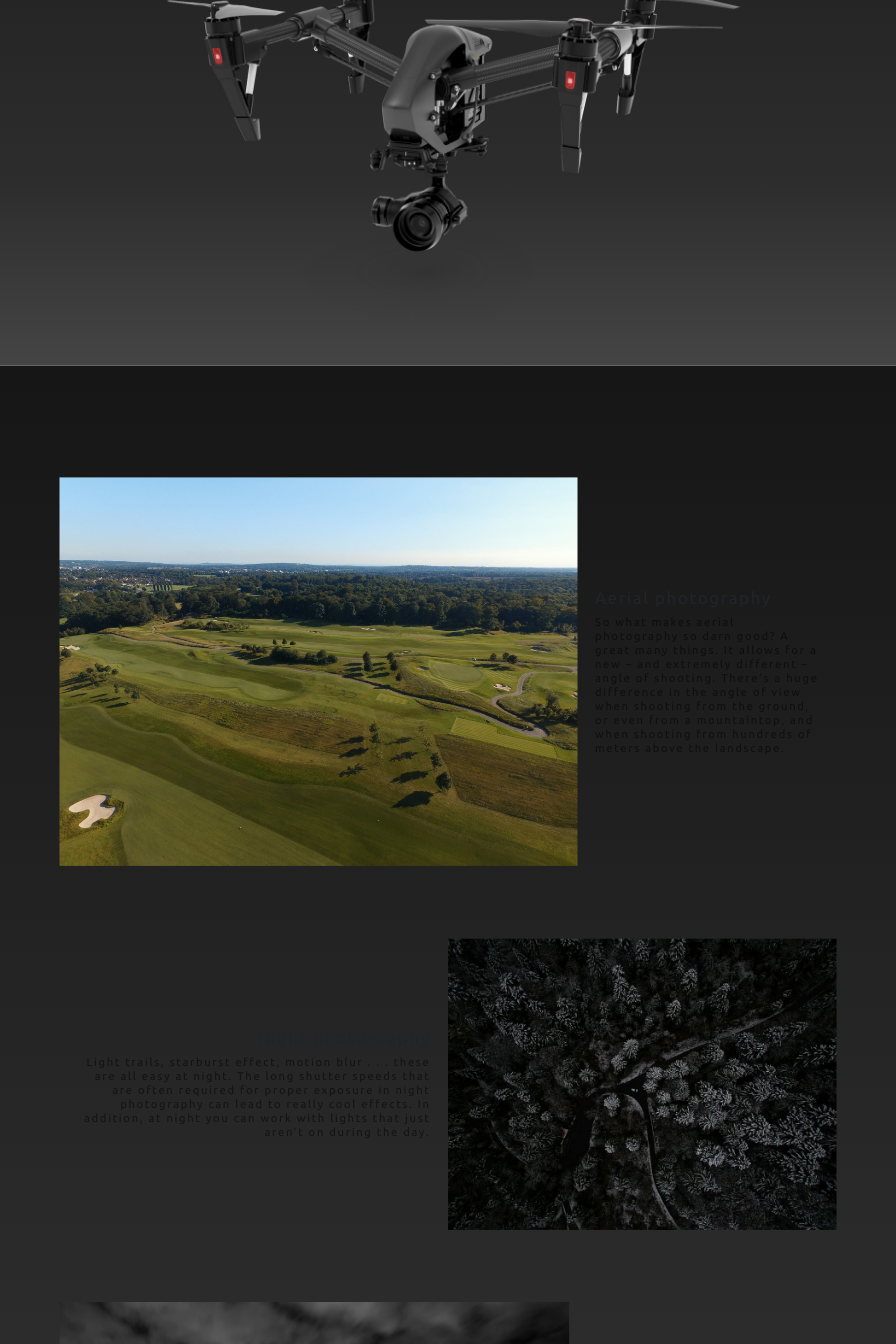
Repository: geoeskel/UCFD-Milestone-Project
Page: index.html
The author's editor kept a record of every edit. The page is drawn from the files as they stood at one moment, then again after the next edit.
The browser window is 1280 px wide. The pictures show the part of the page from y = 1240 to 3160 px (the page is 4303 px tall), at 70% of full size.
A picture or video elsewhere on the page could not be fetched, so the positions and the page height are approximate. Some web libraries are served in a nearby version.

Above is the page before.

After the next edit:
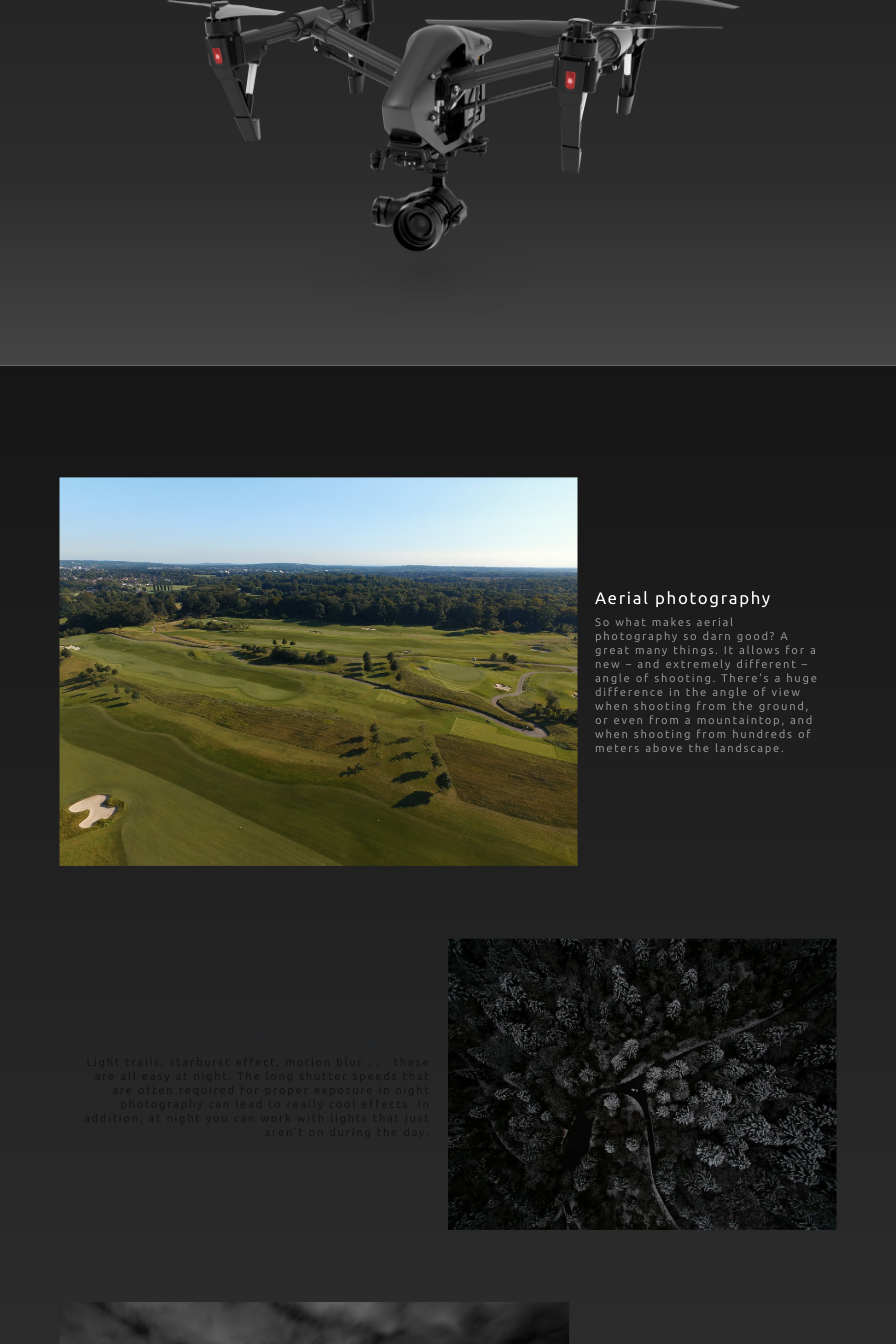
The edit:
--- a/index.html
+++ b/index.html
@@ -82,8 +82,8 @@
         <div class="col-xl-4 col-lg-5">
           <div class="featured-text text-center text-lg-left">
             <div class="first-service">
-              <h4>Aerial photography</h4>
-              <p class="text-black-50 mb-0">So what makes aerial photography so darn good? A great many things. It allows for a new – and extremely different – angle of shooting. There’s a huge difference in the angle of view when shooting from the ground, or even from
+              <h4 class="text-white">Aerial photography</h4>
+              <p class="text-white-50 mb-0">So what makes aerial photography so darn good? A great many things. It allows for a new – and extremely different – angle of shooting. There’s a huge difference in the angle of view when shooting from the ground, or even from
                 a mountaintop, and when shooting from hundreds of meters above the landscape.</p>
             </div>
           </div>
